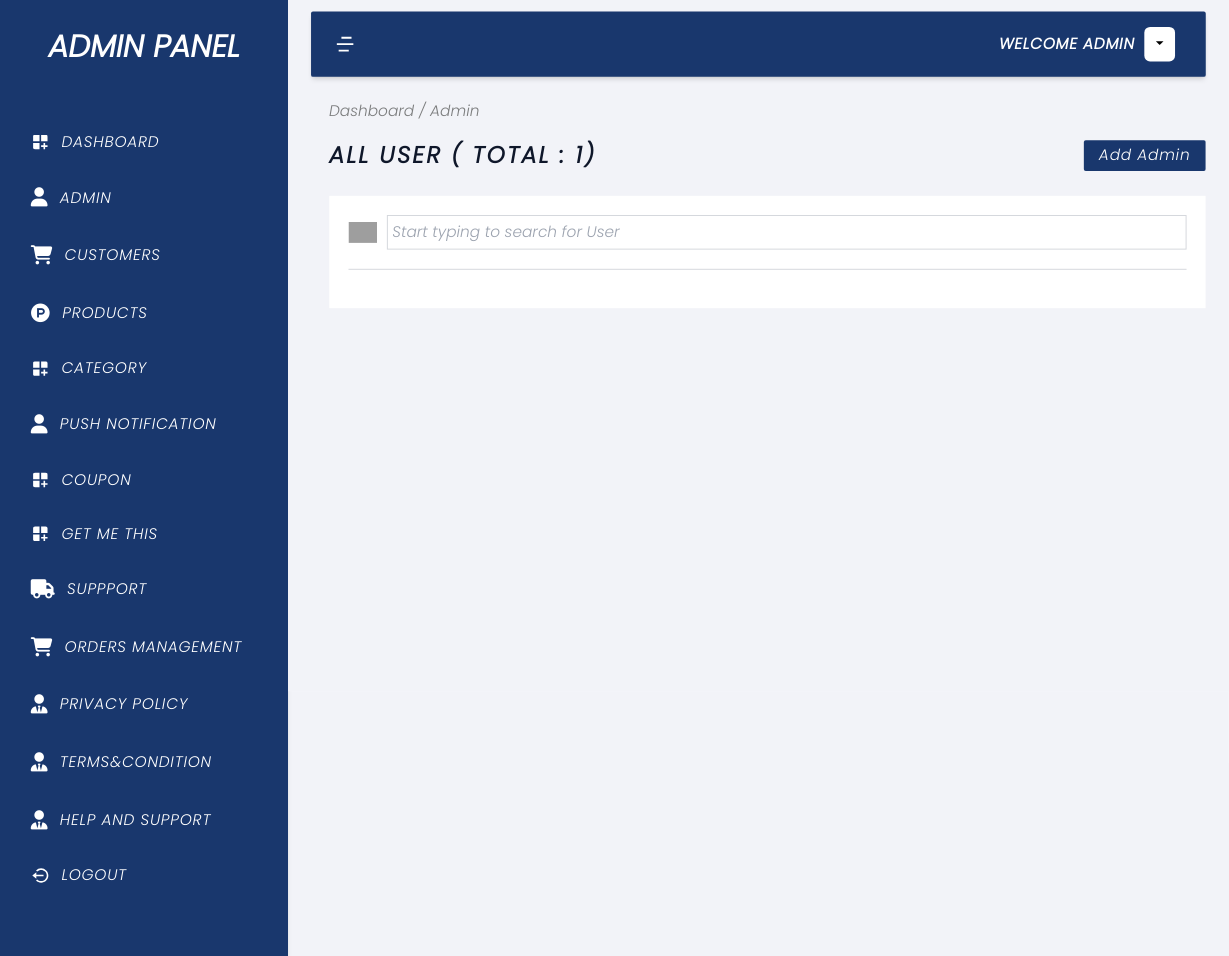
Repository: arpanmalik/project-khanna
Page: /Admin
An editor plug-in stored every save of this project. The page is shown before and after the next save, followed by the edit.
The browser window is 1280 px wide. The pictures show the whole page, at 96% of full size.
Pictures or frames that could not be fetched are drawn as grey boxes. Some web libraries are served in a nearby version. The project was rebuilt for these pictures with package versions that can differ from the ones it lists, and the page was loaded fresh each time. Also part of the build but not shown: src/E-CommerceAdmin/forms/Login.jsx, src/E-CommerceAdmin/pages/Dashboard.jsx, src/E-CommerceAdmin/pages/ECategory.js, src/E-CommerceAdmin/pages/EProduct.js, src/E-CommerceAdmin/pages/EVendorList.js, src/E-CommerceAdmin/pages/EAdminOrders.js, src/E-CommerceAdmin/pages/EAdminProduct.js, src/E-CommerceAdmin/pages/EAdminDelivery.js and 11 more. Imported but missing from the stored project, and not drawn on this page: src/E-CommerceAdmin/pages/Component/SpinnerComp, src/E-CommerceVendor/forms/EVendorLogin, src/E-CommerceVendor/pages/EVCategory, src/E-CommerceVendor/pages/EVCoupon, src/E-CommerceVendor/pages/EVDashboard, src/E-CommerceVendor/pages/EVOrders, src/E-CommerceVendor/pages/EVProduct, src/E-CommerceVendor/pages/EVSubCategory.

Above is the page before, as saved 2023-05-16 15:03:32.

After the next save:
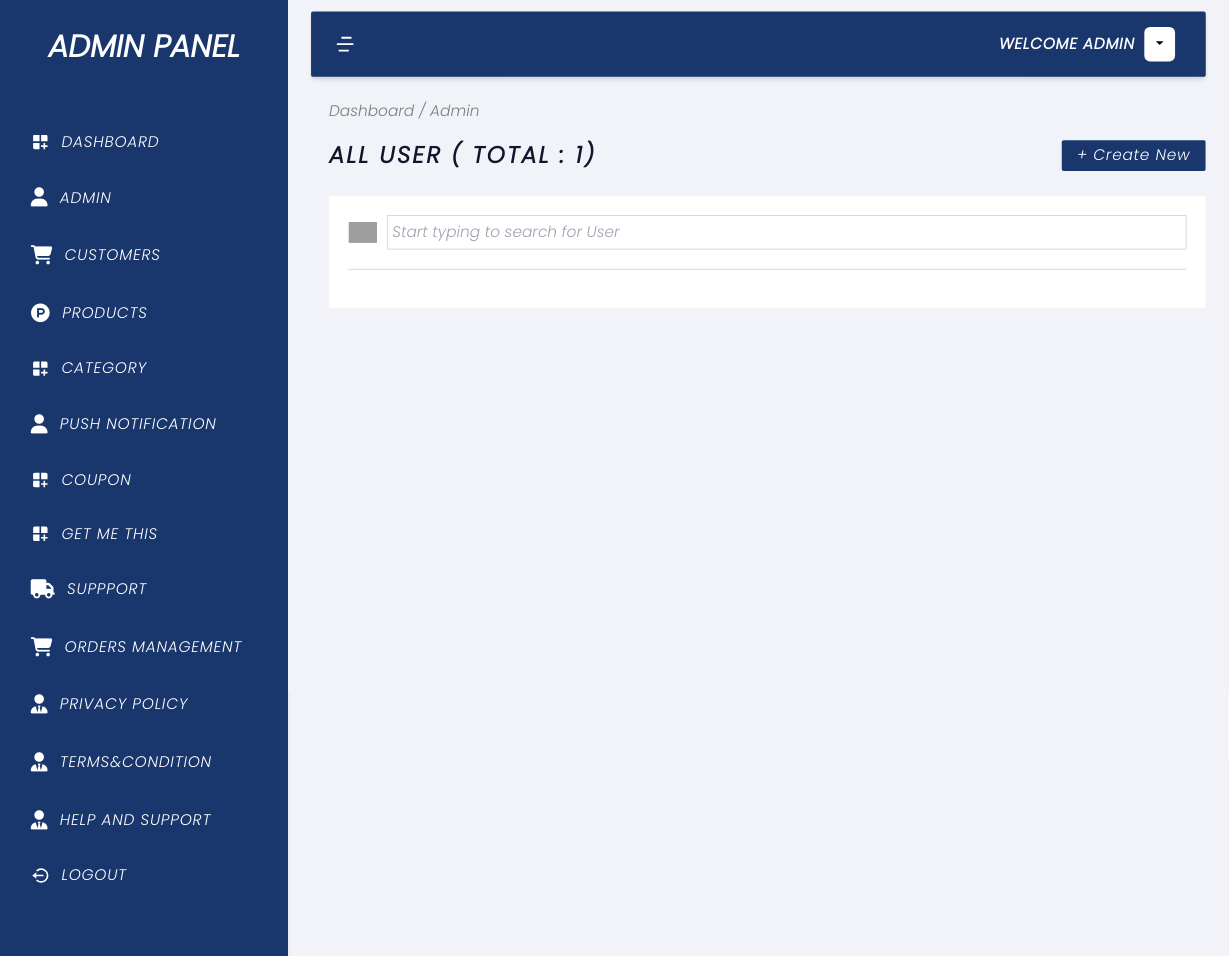
Saved 9 s later.
--- a/src/E-CommerceAdmin/pages/EAdmin.js
+++ b/src/E-CommerceAdmin/pages/EAdmin.js
@@ -143,7 +143,7 @@ const EAdmin = () => {
           }}
           className="md:py-2 px-3 md:px-4 py-1 rounded-sm bg-[#19376d] text-white tracking-wider"
         >
-          Add Admin
+          + Create New
         </button>
       </div>
 
